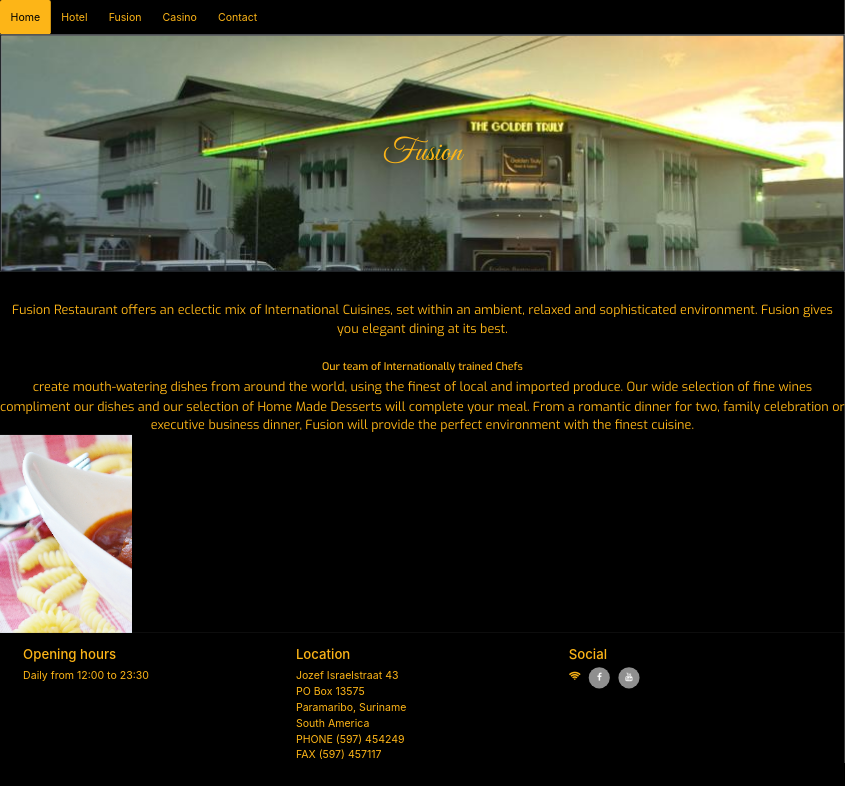
Repository: Code-Institute-Submissions/anthonycaf-Milestone1
Page: fusion.html
The author's editor kept a record of every edit. The page is drawn from the files as they stood at one moment, then again after the next edit.
The browser window is 1280 px wide. The pictures show the whole page, at 66% of full size.

Above is the page before.

### fusion.html
<!DOCTYPE html>
<html lang="en">

<head>
 <meta charset="UTF-8">
 <meta name="viewport" content="width=device-width, initial-scale=1.0">
 <meta http-equiv="X-UA-Compatible" content="ie=edge">
 <!--             links/bootstrap/fontawsome    -->
 <link rel="stylesheet" href="https://stackpath.bootstrapcdn.com/font-awesome/4.7.0/css/font-awesome.min.css" type="text/css" />
 <link rel="stylesheet" href="https://stackpath.bootstrapcdn.com/bootstrap/4.3.1/css/bootstrap.min.css" type="text/css" />
 <!--             main/css                      -->
 <link rel="stylesheet" href="./css/style.css" type="text/css" />
 <title>Golden Truly Hotel</title>
</head>

<body>
 <header>
  <ul Id="nav-bar">
   <li class="nav-bar-item"><a class="nav-link-item" href="index.html">Home</a></li>
   <li class="nav-bar-item"><a class="nav-link-item" href="hotel.html">Hotel</a></li>
   <li class="nav-bar-item"><a class="nav-link-item" href="fusion.html">Fusion</a></li>
   <li class="nav-bar-item"><a class="nav-link-item" href="casino.html">Casino</a></li>
   <li class="nav-bar-item"><a class="nav-link-item" href="contact.html">Contact</a></li>
  </ul>
  <div class="bg-image-title">
   <a href="index.html" class="img"></a>
   <h1 id="title">Fusion</h1>
  </div>
 </header>
 <main>
  <hr class="block-divider">
 <section class="section-fustion text-center">
     Fusion Restaurant offers an eclectic mix of International Cuisines,
     set within an ambient, relaxed and  sophisticated environment.
     Fusion gives you elegant dining at its best.
     <hr class="block-divider">
     <h6>Our team of Internationally trained Chefs</h6>create mouth-watering dishes from around the world,
     using the finest of local and imported produce. Our wide selection of
     fine wines compliment our dishes and our selection of Home Made Desserts
     will complete your meal. From a romantic dinner for two, family celebration
     or executive business dinner,
     Fusion will provide the perfect environment with the finest cuisine.
 </section>
 <section class="images">

   <div class="bg-food col-4 bg-food-img1 ">
     <a href="index.html"></a></div>
    <div class="bg-food col-4 bg-food-img3"><a href="index.html"></a></div>
      <div class="bg-food col-4 bg-food-img7"><a href="index.html"></a></div>
     <div class="bg-food col-4 bg-food-img4"><a href="index.html"></a></div>

 </section>
 </main>
 <footer class="container-fluid">
  <div id="footer-details" class="row">
   <div class="col-sm-4">
    <h5 class="uppercase general-sub">Opening hours</h5>
    <p class="inline-block">
   Daily from 12:00 to 23:30
    </p>
   </div>
   <div class="col-sm-4">
    <h5 class="uppercase general-sub">Location</h5>
    <p class="inline-block">Jozef Israelstraat 43<br> PO Box 13575<br> Paramaribo, Suriname<br> South America<br> PHONE (597) 454249<br> FAX (597) 457117
    </p>

   </div>
   <div class="col-sm-4">
    <h5 class="uppercase general-sub">Social</h5>
    <ul class="list-inline social-links">
     <li class="list-inline-item">
          <i class="fa fa-wifi" aria-hidden="true"></i>
          <span class="sr-only">wifi</span>
     </li>
     <li class="list-inline-item">
      <a href="https://www.facebook.com/FusionParamariboSuriname/" target="_blank">
          <i class="fa fa-facebook" aria-hidden="true"></i>
          <span class="sr-only">facebook</span>
         </a>
     </li>

     <li class="list-inline-item">
      <a href="https://youtu.be/yjYsTbYetro" target="_blank">
          <i class="fa fa-youtube" aria-hidden="true"></i>
          <span class="sr-only">youtube</span>
         </a>
     </li>
    </ul>
   </div>
  </div>
 </footer>


</body>

</html>

### css/style.css
 /*------------google-fonts----------*/

 @import url('https://fonts.googleapis.com/css?family=Exo:100,200,300,400,500,600,700|Great+Vibes&display=swap:100,200,300,400,500,600,700');

 body {
  margin: 0;
 }

 /*------------- images --------------*/

 .master-img1 {
  background-image: url(../images/master1.jpg);
 }

 .master-img2 {
  background-image: url(../images/housekeeping.jpg);
 }

 .master-img3 {
  background-image: url(../images/design-lobby-ceiling.jpg);
 }

 .suite-img1 {
  background-image: url(../images/suit1.jpg);
 }

 .suite-img2 {
  background-image: url(../images/suite2.jpg);
 }

 .suite-img3 {
  background-image: url(../images/suite3.jpg);
 }

 .bg-image-title {
  background: url("../images/golden-truly-hotel.jpg");
 }
 /*-------------------food-images -----------*/
 .bg-food-img1 {
  background-image: url(../images/beef-bowl.jpg);
 }
 .bg-food-img2 {
  background-image: url("../images/fusion/close-up-coffee.jpg");
 }
.bg-food-img3 {
  background-image: url("../images/fusion/close-up-cuisine.jpg");
 }
.bg-food-img4 {
  background-image: url("../images/fusion/chairs-coffee-shop.jpg");
 }
.bg-food-img5 {
  background-image: url("../images/fusion/cuisine-delicious.jpg");
 }
.bg-food-img6 {
  background-image: url("../images/fusion/cheese-cuisine.jpg");
 }
.bg-food-img7 {
  background-image: url("../images/fusion/brick-chair-table.jpg");
 }

.bg-food-img1 {
 width: 200px;
 height: 300px;
}
 /*------------main----------*/

 main {
  font-family: "Exo", sans-serif;
  font-size: 1.2em;
  width: 100%;
  background-color: #000000;
  color: #fdb517;
  margin: 0 auto;
  padding-top: 10px;

 }

 .bg-image-title {
  background-clip: border-box;
  background-position: center;
  background-repeat: no-repeat;
  background-size: cover;
  transition: all .5s ease-in-out;
  -moz-transition: all .5s ease-in-out;
  -webkit-transition: all .5s ease-in-out;
  height: 360px;
  border: 2px solid;
 }

 #title {
  color: #fdb517;
  font-family: "Great Vibes", sans-serif;
  font-size: 3em;
  text-align: center;
  padding-top: 150px;
 }

 #welcome {
  color: #fdb517;
  font-family: "Great Vibes", sans-serif;
  font-size: 2.5em;

 }

 .dl-list {
  max-width: 70%;
 }
/*------------ Section ------*/
 .section {
  padding-top: 10px;
  padding-bottom: 10px;
  margin: 0 auto;
  max-width: 70%;
 }
 .casino, .fusion {
  margin-bottom: 0;
 }


 /*-----------main nav-bar----------*/

 #nav-bar {
  width: 100vw;
  list-style-type: none;
  margin: 0;
  padding: 0;
  overflow: hidden;
  background-color: #000;
 }

 .nav-bar-item {
  float: left;
 }

 .nav-bar-item .nav-link-item {
  display: inline-block;
  color: #fdb517;
  text-align: center;
  padding: 8px 8px;
  text-decoration: none;
 }

 .nav-bar-item .nav-link-item:hover {
  background-color: #fdb517;
  color: #000000;
  border-radius: 3px;
  transition: all .8s ease-in-out;
 }

 .nav-bar-item {
  display: inline-block;
 }


 dd {
  color: #fafafa;
 }

 .room-services-item {
  margin-bottom: 0px;
  border-bottom-width: 20px;
  padding-bottom: 40px;
 }

 /*----------------iframe -----------*/

 iframe {
  width: 100%;
  height: 360px;
  border: none;
  margin: 0;
 }

 /*-----------main footer----------*/

 .container-fluid {
  background-color: #000000;
  color: #fdb517;

 }

 footer {
  background-color: #525252;
  color: #fafafa;
  min-height: 120px;
  margin: 0;
  padding: 0;
 }

 .social-links {
  padding-bottom: 15px;
 }

 .social-links li a i {
  width: 32px;
  height: 32px;
  padding: 12px 0;
  border-radius: 50%;
  font-size: 13px;
  line-height: 7px;
  text-align: center;
  color: #fafafa;
  background-color: #8f8f8f;
  transition: all 0.35s ease-in-out;
  -moz-transition: all 0.35s ease-in-out;
  -webkit-transition: all 0.35s ease-in-out;
  -o-transition: all 0.35s ease-in-out;
 }

 .social-links li a i:hover {
  background: #fdb517;
 }

 #footer-details {
  padding: 20px;
 }

 /*-----------hotel.html----------*/

 .bg-img-size {

  background-clip: border-box;
  background-position: center;
  background-repeat: no-repeat;
  background-size: cover;
  width: 33.3%;
  height: 150px;
 }


 /*----------- contact.html/form --------*/

 .contact-heading,
 .contact-thanks {
  font-family: "Great Vibes", sans-serif;
  font-weight: 300;
  margin-top: 25px;
  margin-bottom: 20px;

 }

 form {
  padding-top: 10px;
  margin: 0 auto;
  max-width: 70%;
 }

 button[type="submit"] {
  margin-top: 15px;
  margin-bottom: 20px;
  color: #fdb517;
  background-color: #000000;

 }

 /*-------------------------------------Media queries*/

 @media(min-width: 992px) {
  .center-form {
   padding-top: 30px;
   min-height: 240px;
   margin: 0 auto;
   max-width: 50%;
  }
  .section {
   padding-top: 30px;
   padding-bottom: 30px;
   margin: 0 auto;
   max-width: 70%;
  }
  .dl-list {
   max-width: 70%;
  }
  .nav-bar-item .nav-link-item {
   padding: 14px 16px;
  }
 }

After the next edit:
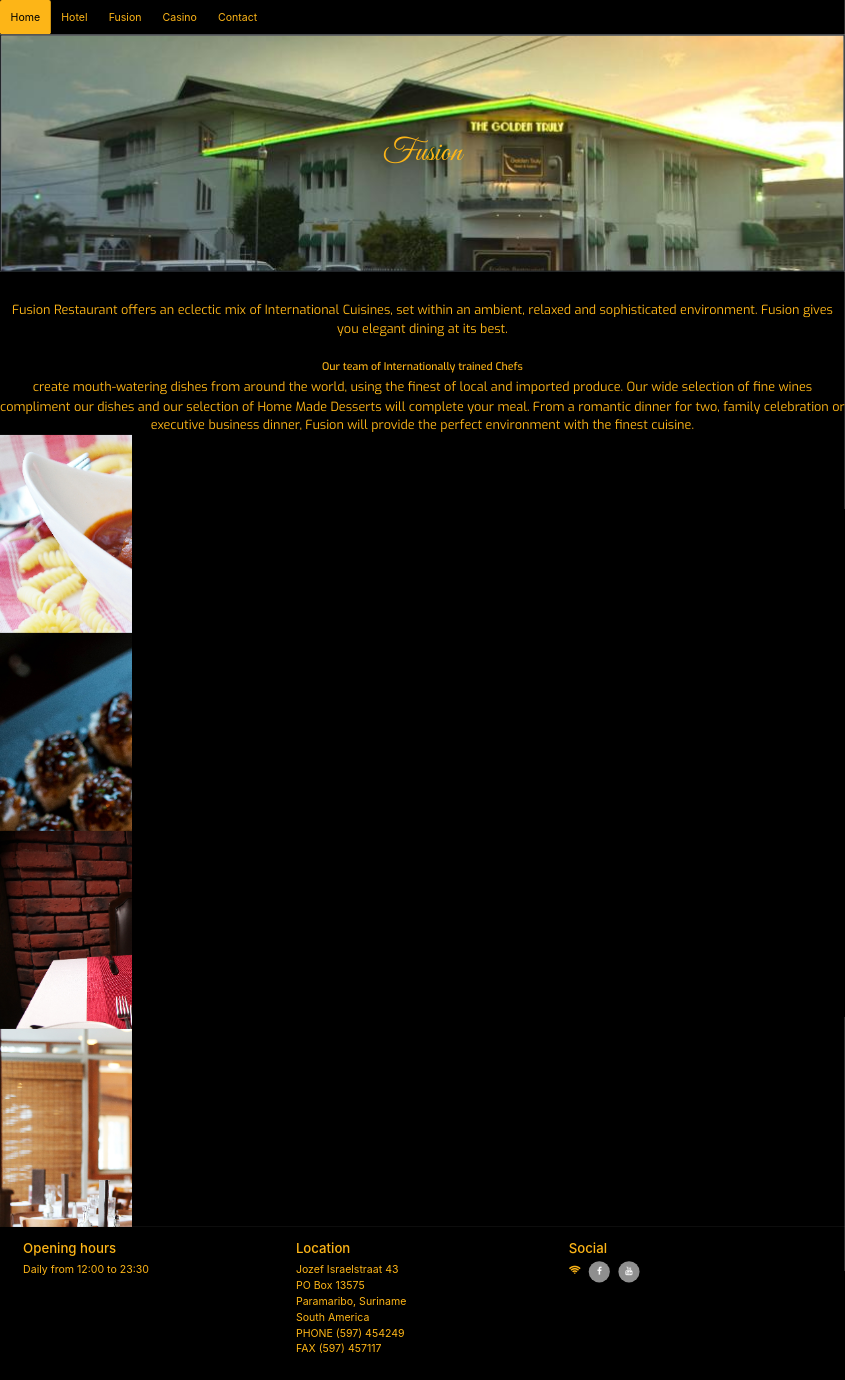
The edit:
--- a/css/style.css
+++ b/css/style.css
@@ -58,7 +58,7 @@
   background-image: url("../images/fusion/brick-chair-table.jpg");
  }
 
-.bg-food-img1 {
+.bg-food {
  width: 200px;
  height: 300px;
 }
